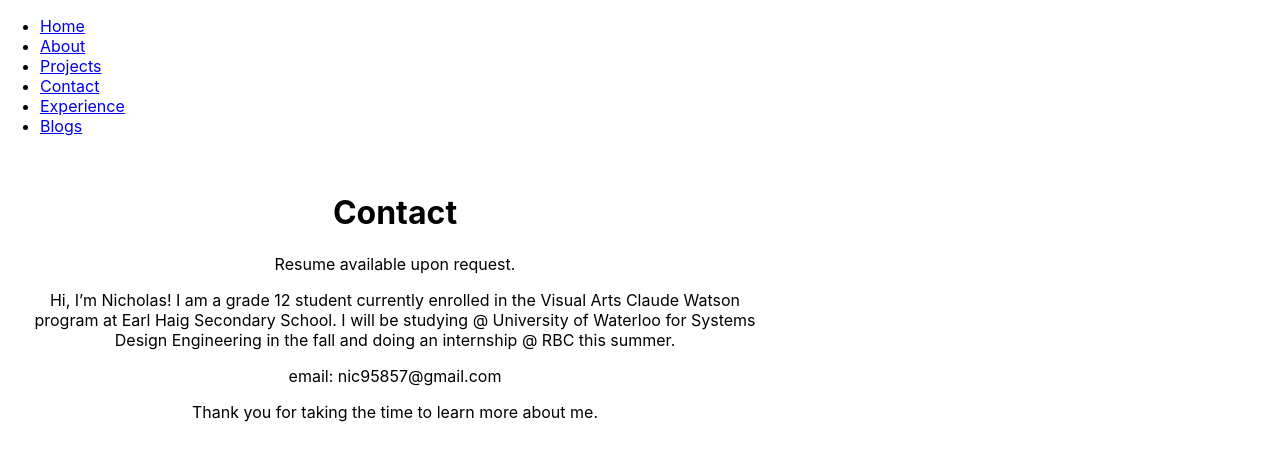
Repository: nicholaschen09/personalWebsite
Page: /contact
These files come from the project's save history. The page is drawn as it stood at one moment and after the next save; the edit follows.
The browser window is 1280 px wide. The pictures show the whole page.
The project was rebuilt for these pictures with package versions that can differ from the ones it lists, and the page was loaded fresh each time. Also part of the build but not shown: src/components/About.css, src/components/About.js, src/components/Home.css, src/components/Home.js, src/components/Projects.css, src/components/Projects.js, src/components/Experience.css, src/components/Experience.js and 2 more.

Above is the page before, as saved 2024-05-23 00:16:09.

### src/App.js
import React from 'react';
import { BrowserRouter as Router, Route, Routes, Link } from 'react-router-dom';
import About from './components/About.js';
import Home from './components/Home.js';
import Projects from './components/Projects.js';
import Contact from './components/Contact.js';
import Experience from './components/Experience.js';
import Blog from './components/Blog.js';

function App() {
  return (
    <Router>
      <div>
        <nav>
          <ul>
            <li>
              <Link to="/">Home</Link>
            </li>
            <li>
              <Link to="/about">About</Link>
            </li>
            <li>
              <Link to="/projects">Projects</Link>
            </li>
            <li>
              <Link to="/contact">Contact</Link>
            </li>
            <li>
              <Link to="/experience">Experience</Link>
            </li>
            <li>
              <Link to="/blogs">Blogs</Link>
            </li>
          </ul>
        </nav>

        <Routes>
          <Route path="/about" element={<About />} />
          <Route path="/" element={<Home />} />
          <Route path="/projects" element={<Projects />} />
          <Route path="/blogs" element={<Blog />} />
          <Route path="/experience" element={<Experience />} />
          <Route path="/contact" element={<Contact />} />
        </Routes>
      </div>
    </Router>
  );
}

export default App;

### src/components/Contact.js
import React from 'react';
import './Contact.css';

const Contact = () => {
    return (
        <div className="contact">
            <h1>Contact</h1>
            <p>Resume available upon request.</p>
            <p>Hi, I’m Nicholas!  I am a grade 12 student currently enrolled in the Visual Arts Claude Watson
                program at Earl Haig Secondary School. I will be studying @ University of
                Waterloo for Systems Design Engineering in the fall and doing an internship @ RBC this summer.</p>
            <p>email: nic95857@gmail.com</p>
            <p>Thank you for taking the time to learn more about me.</p>
        </div>
    );
};

export default Contact;

### src/components/Contact.css
.contact {
    text-align: center;
    padding: 20px;
    width: 750px;
}

Loaded but not shown: public/index.html (common file); src/index.js (common file); src/index.css (common file); src/reportWebVitals.js (common file)

After the next save:
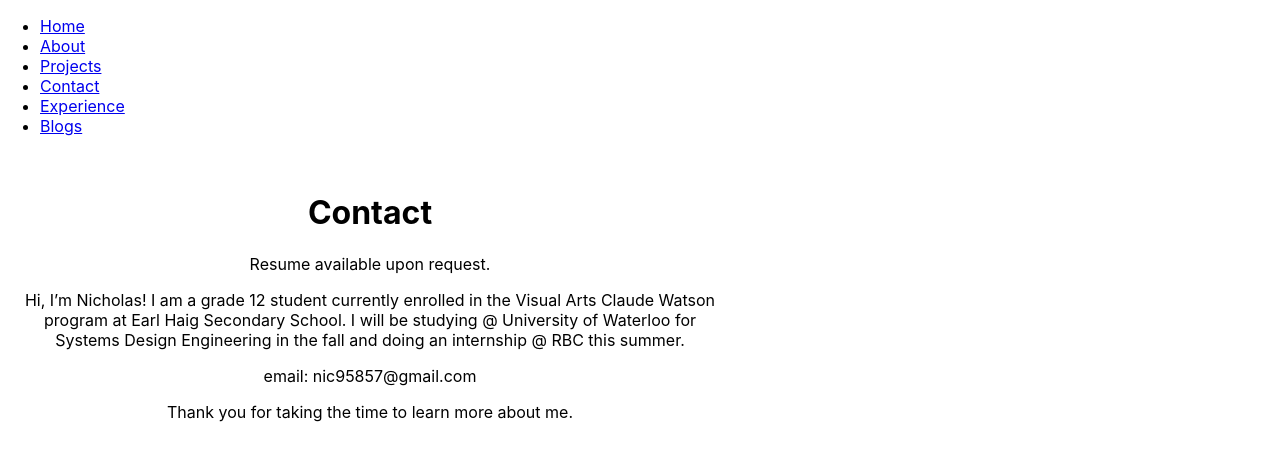
Saved 5 s later.
--- a/src/components/Contact.css
+++ b/src/components/Contact.css
@@ -1,5 +1,5 @@
 .contact {
     text-align: center;
     padding: 20px;
-    width: 750px;
+    width: 700px;
 }
